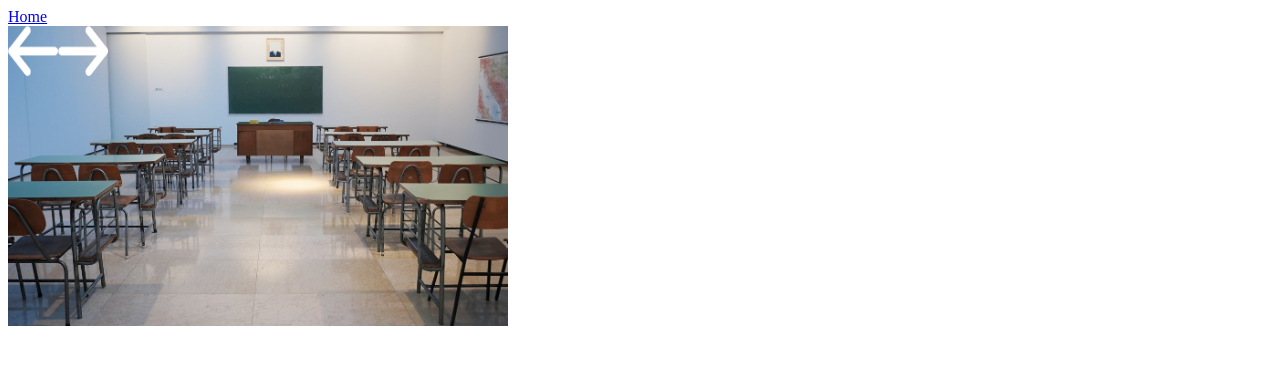
Repository: anoncoderin/dcd-week3-useEffect-carousel
Page: /carouselPage
The author's editor kept a copy of each file at every save. The page is drawn from the files as they stood at one save, then again after the next save.
The browser window is 1280 px wide. The pictures show the whole page.
The project was rebuilt for these pictures with package versions that can differ from the ones it lists, and the page was loaded fresh each time. The framework's server and built-in components were replaced by stand-ins that run in the browser. Also part of the build but not shown: next.config.js.

Above is the page before, as saved 2023-02-20 11:23:49.

After the next save:
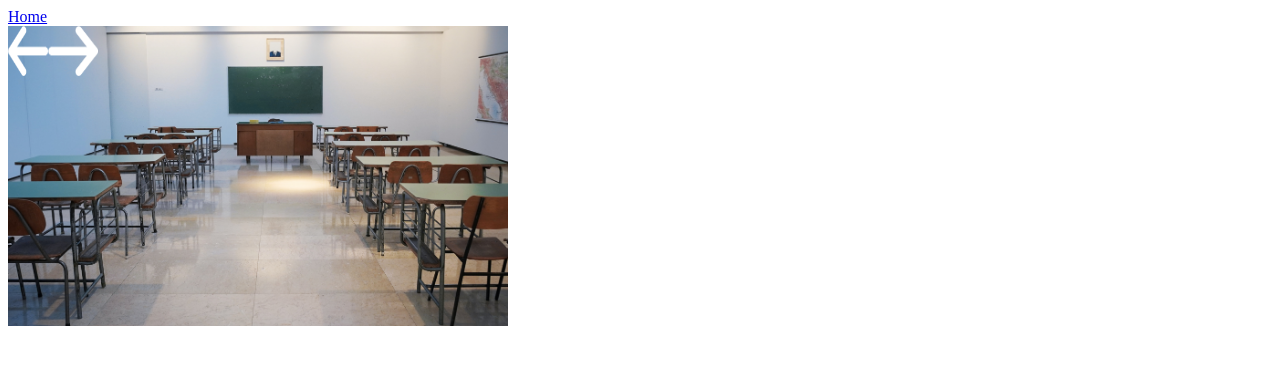
Saved 5 s later.
--- a/components/carousel/index.js
+++ b/components/carousel/index.js
@@ -15,7 +15,7 @@ export default function Carousel(){
             <Image
              src={"/imagesIconsCarouselweek8/icons/leftArrow.png"}
              alt={"/imagesIconsCarouselweek8/icons/leftArrow.png"}
-             width={50}
+             width={40}
              height={50}
             />
 
